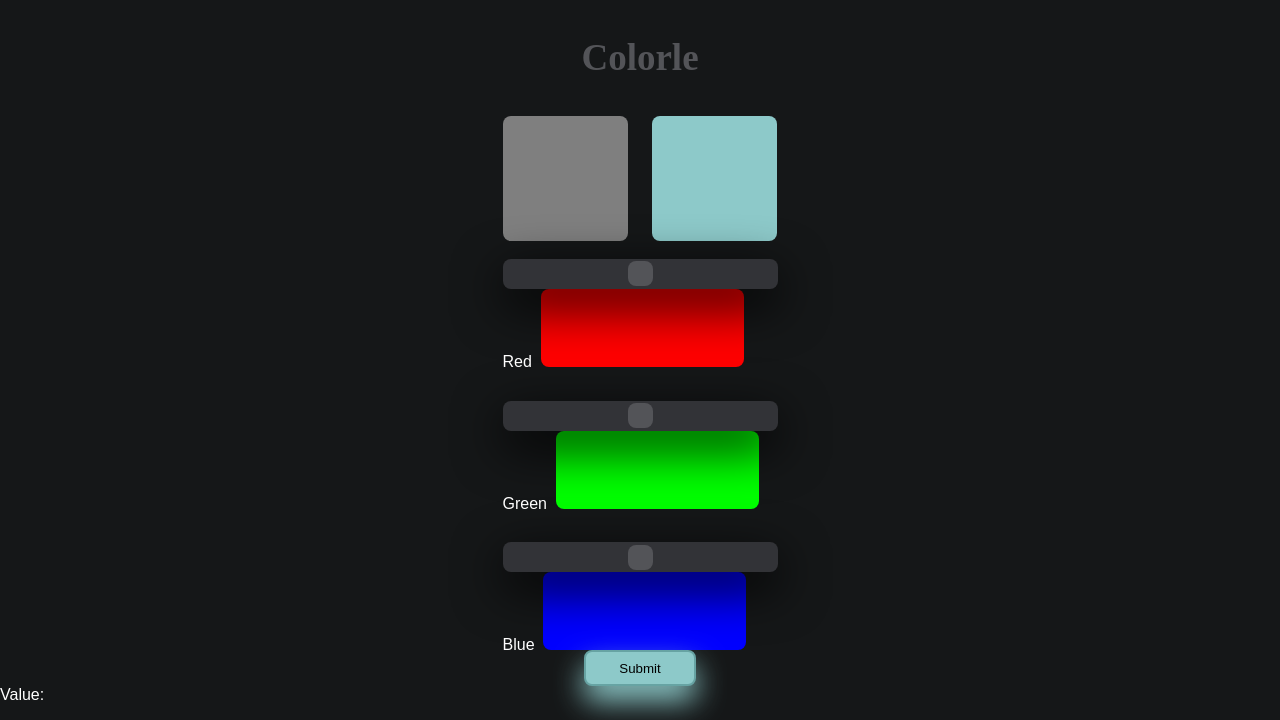
Repository: Artem-Melnik/Colorle
Page: index.html
These files come from the project's save history. The page is drawn as it stood at one moment and after the next save; the edit follows.
The browser window is 1280 px wide. The pictures show the whole page.
The pointer rests on the first visible `#submitButton`.

Above is the page before, as saved 2022-05-14 17:18:58.

After the next save:
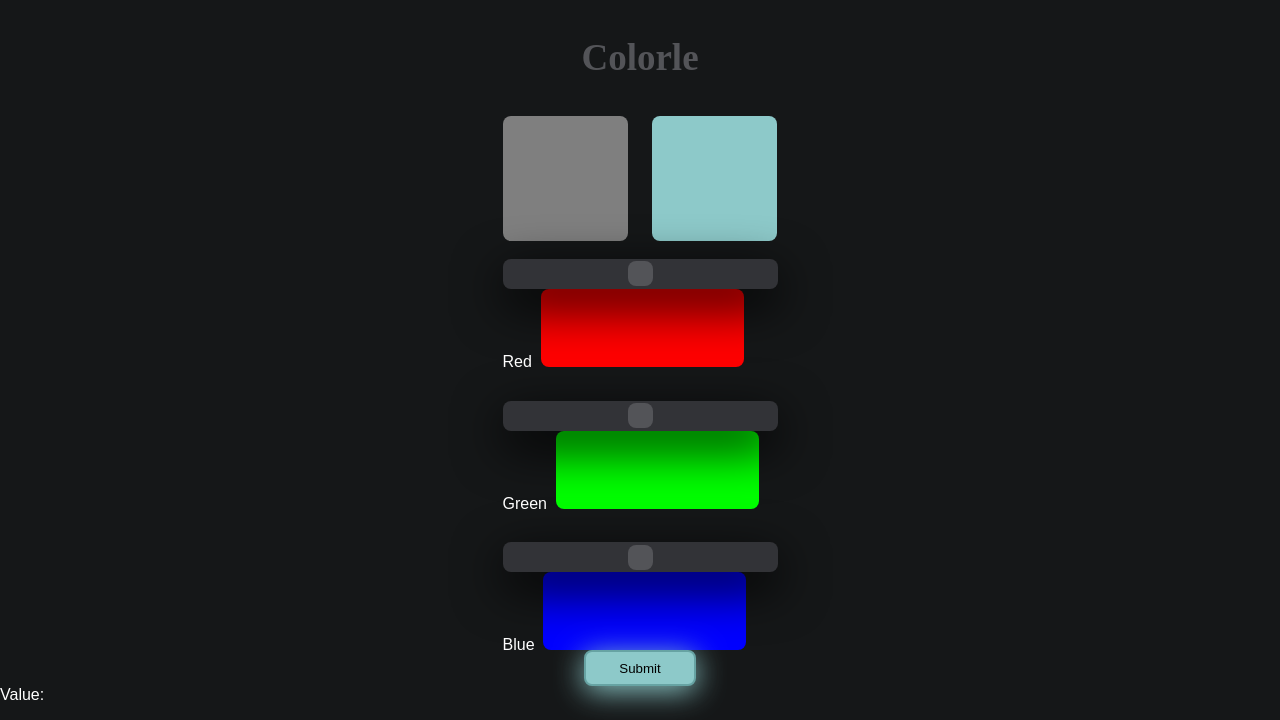
Saved 15 s later.
--- a/styles.css
+++ b/styles.css
@@ -224,6 +224,6 @@ body {
   bottom: 4%;
   border: 2px solid;
   border-radius: 8px;
-  filter: drop-shadow(0px 15px 15px #8dc9c9);
+  filter: drop-shadow(0px 5px 15px #8dc9c9);
   transform: translateY(-5px);
 }
